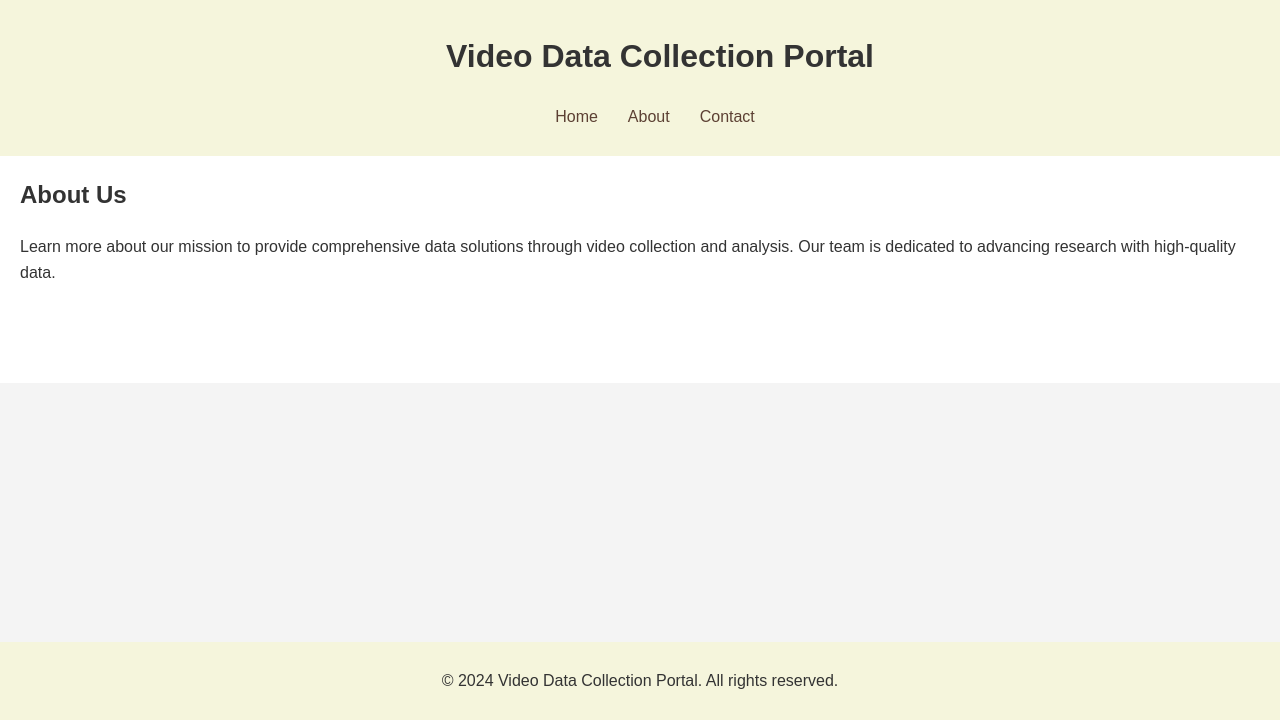
Repository: Oren93/sign_lang_data
Page: /about (app in frontend/sign-lang-ui/)
These files come from the project's save history. The page is drawn as it stood at one moment and after the next save; the edit follows.
The browser window is 1280 px wide. The pictures show the whole page.
The project was rebuilt for these pictures with package versions that can differ from the ones it lists, and the page was loaded fresh each time. Also part of the build but not shown: frontend/sign-lang-ui/vite.config.ts, frontend/sign-lang-ui/src/pages/Home.tsx, frontend/sign-lang-ui/src/pages/Contact.tsx, frontend/sign-lang-ui/src/pages/Upload.module.css, frontend/sign-lang-ui/src/pages/Upload.tsx, frontend/sign-lang-ui/src/pages/Record.module.css, frontend/sign-lang-ui/src/pages/Record.tsx, frontend/sign-lang-ui/src/pages/ThankYou.tsx.

Above is the page before, as saved 2024-06-10 15:25:27.

After the next save:
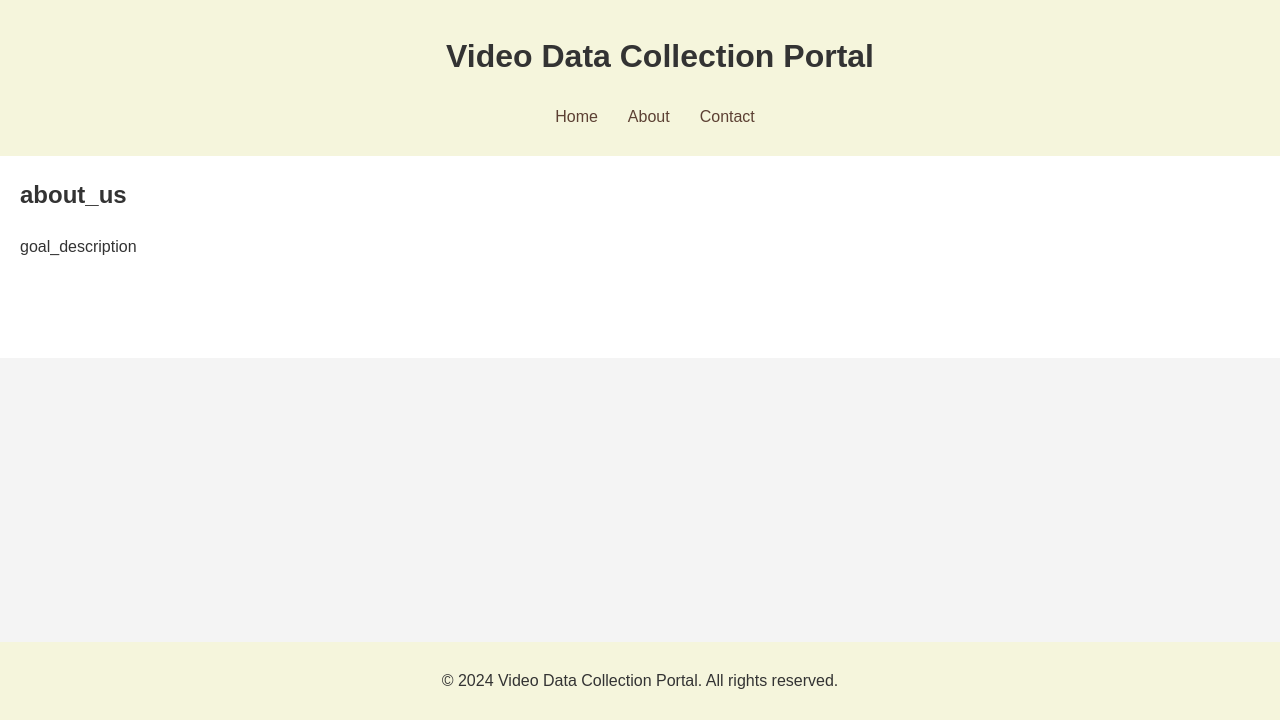
Saved 5 min 50 s later.
--- a/frontend/sign-lang-ui/src/pages/About.tsx
+++ b/frontend/sign-lang-ui/src/pages/About.tsx
@@ -1,12 +1,14 @@
 // src/pages/About.tsx
 import React from 'react';
+import { useTranslation } from 'react-i18next';
 
 const About: React.FC = () => {
+  const{ t } = useTranslation();
   return (
     <main>
       <section>
-        <h2>About Us</h2>
-        <p>Learn more about our mission to provide comprehensive data solutions through video collection and analysis. Our team is dedicated to advancing research with high-quality data.</p>
+        <h2>{t('about_us')}</h2>
+        <p>{t('goal_description')}</p>
       </section>
     </main>
   );

After the save that followed:
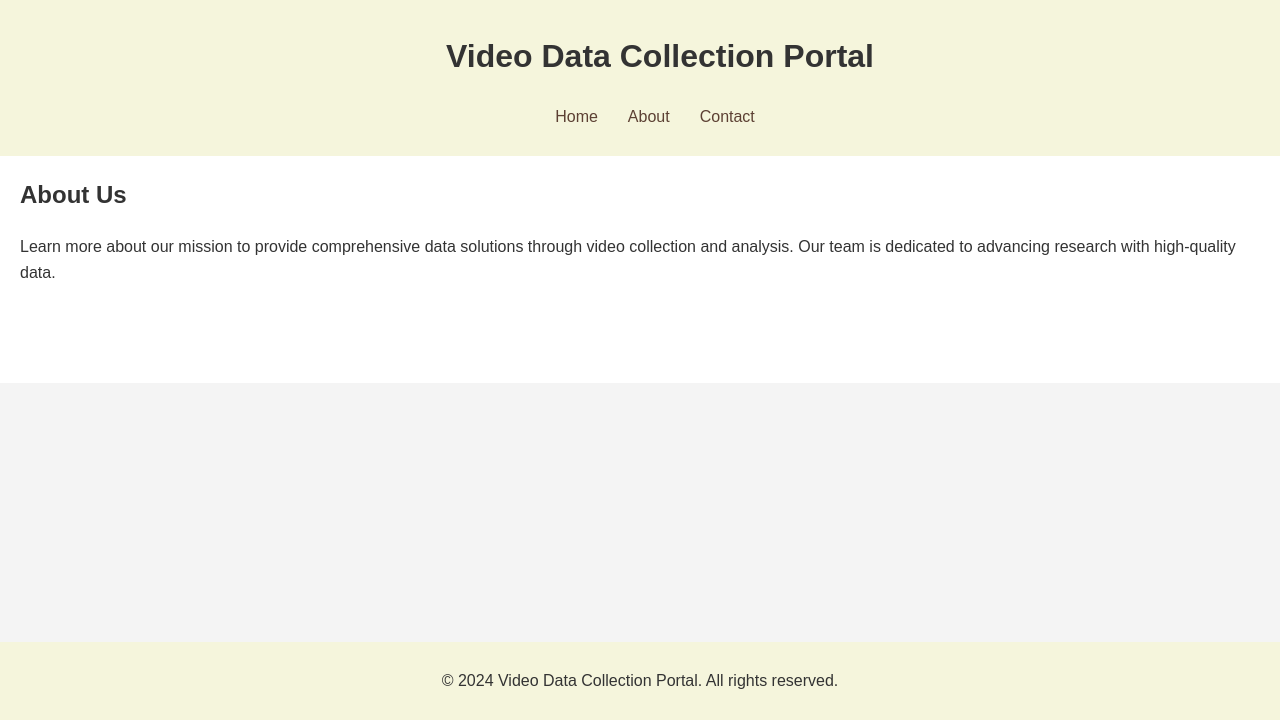
Saved 13 s later.
--- a/frontend/sign-lang-ui/src/locales/en/translation.json
+++ b/frontend/sign-lang-ui/src/locales/en/translation.json
@@ -35,7 +35,12 @@
     "go_to_upload": "Go to Upload Page",
     "access_data": "Access Data",
     "access_instruction": "If you are looking to access data from our repository for your research, please follow the steps below:",
-    "browse_data": "Browse Available Data"
+    "browse_data": "Browse Available Data",
+
+    "about_us": "About Us",
+    "goal_description": "Learn more about our mission to provide comprehensive data solutions through video collection and analysis. Our team is dedicated to advancing research with high-quality data."
+
+
 
 
   }
